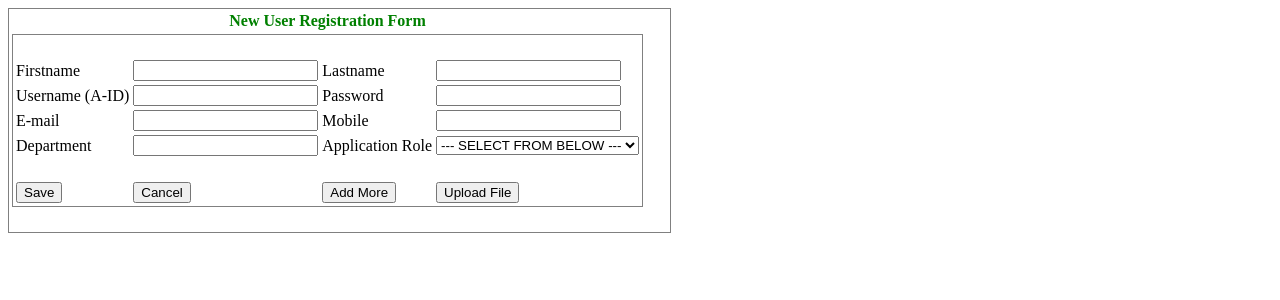
Repository: guribrar/enrolmentapp
Page: http://localhost/enrolmentapp/newuser.jsp
An editor plug-in stored every save of this project. The page is shown before and after the next save, followed by the edit.
The browser window is 1280 px wide. The pictures show the whole page.
The page is served by Tomcat 9. Queries for data that is not in the repository find no rows.

Above is the page before, as saved 2016-12-31 13:57:35.

After the next save:
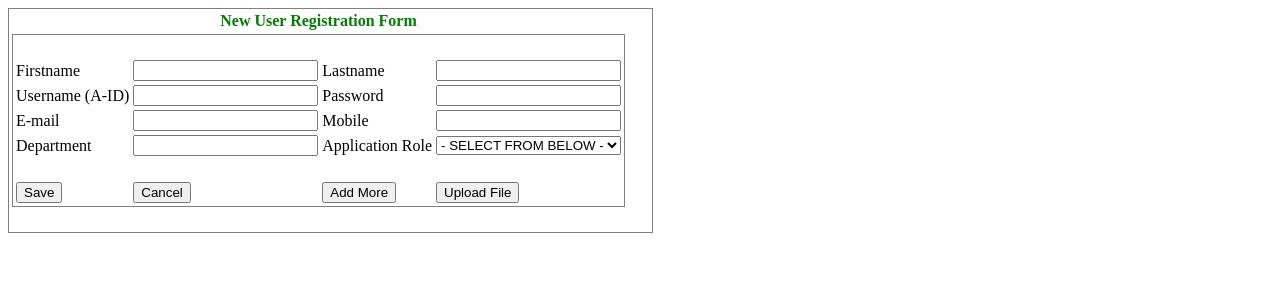
Saved 23 s later.
--- a/enrolmentapp/WebContent/newuser.jsp
+++ b/enrolmentapp/WebContent/newuser.jsp
@@ -53,7 +53,7 @@
 					<td>Application Role</td>
 					<td>
 						<select name="role">
-							<option value="">--- SELECT FROM BELOW ---</option>
+							<option value="">- SELECT FROM BELOW -</option>
 							<c:forEach var="row" items="${rs.rows}">
     							<option value="${row.role}">${row.role}</option>
 							</c:forEach>
